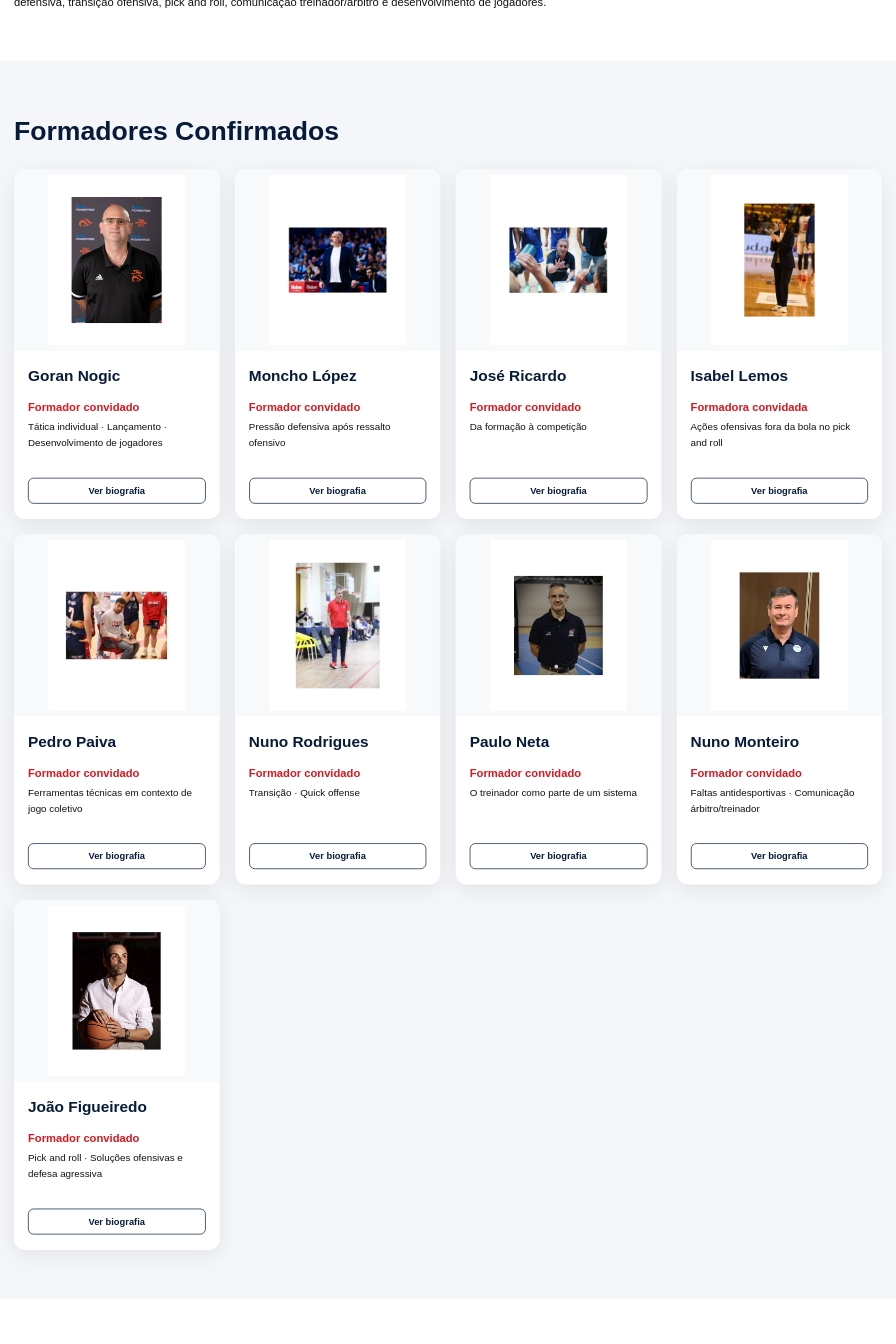
Repository: Vasco18Ferreira/clinic-internacional-maia
Page: index.html
These files come from the project's save history. The page is drawn as it stood at one moment and after the next save; the edit follows.
The browser window is 1280 px wide. The pictures show the part of the page from y = 1181 to 3101 px (the page is 6448 px tall before and 8404 px after), at 70% of full size.

Above is the page before, as saved 2026-07-20 23:55:40.

### index.html
<!DOCTYPE html>
<html lang="pt">
<head>
  <meta charset="UTF-8" />
  <meta name="viewport" content="width=device-width, initial-scale=1.0" />
  <title>I Clinic Internacional Cidade da Maia</title>

<style>
  :root {
    --blue: #061b3a;
    --red: #d71920;
    --white: #ffffff;
    --light: #f4f6f9;
    --dark: #111111;
  }

  * {
    box-sizing: border-box;
    margin: 0;
    padding: 0;
  }

  body {
    font-family: Arial, sans-serif;
    color: var(--dark);
    background: var(--light);
    line-height: 1.6;
  }

header {
  min-height: 90vh;
  background:
    linear-gradient(rgba(6,27,58,.45), rgba(6,27,58,.72)),
    url("clinic-bg.jpg");

  background-size: cover;
  background-position: center center;
  background-repeat: no-repeat;

  color: var(--white);
  display: flex;
  align-items: center;
  padding: 40px 20px;
}

  .hero {
    max-width: 780px;
  }

  .tag {
    display: inline-block;
    background: var(--red);
    padding: 8px 14px;
    border-radius: 999px;
    font-size: 14px;
    font-weight: bold;
    margin-bottom: 20px;
  }

  h1 {
    font-size: clamp(42px, 8vw, 86px);
    line-height: 0.95;
    margin-bottom: 20px;
    text-transform: uppercase;
  }

  .subtitle {
    font-size: 22px;
    margin-bottom: 25px;
    max-width: 650px;
  }

  .info {
    display: grid;
    grid-template-columns: repeat(auto-fit, minmax(180px, 1fr));
    gap: 12px;
    margin: 30px 0;
  }

  .info div {
    background: rgba(255,255,255,0.12);
    padding: 14px;
    border-radius: 12px;
    backdrop-filter: blur(4px);
  }

  .btn {
    display: inline-block;
    background: var(--red);
    color: var(--white);
    padding: 15px 26px;
    text-decoration: none;
    font-weight: bold;
    border-radius: 8px;
    margin-top: 10px;
  }

  section {
    padding: 70px 20px;
  }

  section.white {
    background: var(--white);
  }

  h2 {
    font-size: 38px;
    color: var(--blue);
    margin-bottom: 25px;
  }

  .grid {
    display: grid;
    grid-template-columns: repeat(auto-fit, minmax(260px, 1fr));
    gap: 22px;
  }

  .card {
    background: var(--white);
    padding: 26px;
    border-radius: 16px;
    box-shadow: 0 8px 30px rgba(0,0,0,0.08);
  }

  .white .card {
    background: var(--light);
  }

  .card h3 {
    color: var(--blue);
    margin-bottom: 10px;
  }

  .price {
    font-size: 30px;
    color: var(--red);
    font-weight: bold;
    margin-top: 10px;
  }

  .programa {
    border-left: 5px solid var(--red);
    padding-left: 20px;
    margin-bottom: 24px;
  }

  .programa p {
    margin: 8px 0;
  }

  .mapa {
    background: var(--blue);
    color: var(--white);
    border-radius: 18px;
    padding: 30px;
  }

  .mapa h3 {
    color: var(--white);
    margin-bottom: 15px;
  }
/* ORGANIZAÇÃO E PARCEIROS */

.partners{
  background:#ffffff;
  padding:90px 20px;
  text-align:center;
}

.partners h2{
  color:var(--blue);
  margin-bottom:18px;
}

.partner-title{
  text-transform:uppercase;
  font-size:14px;
  letter-spacing:3px;
  color:#777;
  margin-bottom:25px;
}

.organizer-logo{
  margin-bottom:55px;
}

.organizer-logo img{
  max-width:190px;
  width:100%;
  height:auto;
}

.partner-divider{
  width:140px;
  height:2px;
  background:var(--red);
  margin:0 auto 45px;
}

.partners-grid{
  display:flex;
  justify-content:center;
  align-items:center;
  gap:45px;
  flex-wrap:wrap;
}

.partner-logo{
  width:170px;
  height:90px;
  display:flex;
  align-items:center;
  justify-content:center;
}

.partner-logo img{
  max-width:180px;
  max-height:90px;
  object-fit:contain;
  transition:.25s;
}

.partner-logo img:hover{
  transform:scale(1.06);
}
  footer {
    background: var(--blue);
    color: var(--white);
    text-align: center;
    padding: 35px 20px;
  }

  .small {
    font-size: 14px;
    opacity: 0.85;
  }
  .countdown-premium {
  margin: 28px 0 22px;
  padding: 18px;
  border-radius: 18px;
  background: rgba(255,255,255,0.10);
  border: 1px solid rgba(255,255,255,0.18);
  backdrop-filter: blur(6px);
}

.countdown-premium p {
  text-transform: uppercase;
  letter-spacing: 3px;
  font-size: 13px;
  font-weight: bold;
  margin-bottom: 12px;
  opacity: 0.85;
}

.countdown-boxes {
  display: grid;
  grid-template-columns: repeat(4, 1fr);
  gap: 10px;
}

.countdown-boxes div {
  background: rgba(255,255,255,0.12);
  border-radius: 14px;
  padding: 12px 8px;
  text-align: center;
}

.countdown-boxes strong {
  display: block;
  font-size: 32px;
  line-height: 1;
  color: var(--white);
}

.countdown-boxes span {
  font-size: 12px;
  opacity: 0.85;
}

@media (max-width: 600px) {
  .countdown-boxes {
    grid-template-columns: repeat(2, 1fr);
  }
}

  /* FORMADORES - MOSAICO */
.speaker-card {
  padding: 0;
  overflow: hidden;
  display: flex;
  flex-direction: column;
  height: 100%;
  min-height: 500px;
}

.speaker-card img {
  width: 100%;
  height: 260px;
  object-fit: contain;
  object-position: center;
  display: block;
  background: #f8f9fb;
  padding: 8px;
}

.speaker-card h3 {
  padding: 18px 20px 0;
  font-size: 22px;
}

.speaker-card p {
  padding: 4px 20px;
  font-weight: bold;
  color: var(--red);
}

.speaker-card span {
  display: block;
  padding: 0 20px 22px;
  font-size: 14px;
  flex-grow: 1;
}

.bio-button {
  margin: 0 20px 22px;
  padding: 10px 14px;
  border: 1px solid var(--blue);
  border-radius: 8px;
  background: transparent;
  color: var(--blue);
  font-weight: bold;
  cursor: pointer;
  transition: 0.2s;
}

.bio-button:hover {
  background: var(--blue);
  color: var(--white);
}

.speaker-bio {
  display: none;
  padding: 0 20px 22px;
  font-size: 14px;
  color: #444;
}

.speaker-bio.open {
  display: block;
}

@media (max-width: 900px) {
  .speakers {
    grid-template-columns: 1fr 1fr;
  }
}

@media (max-width: 600px) {
  .speakers {
    grid-template-columns: 1fr;
  }

  h1 {
    font-size: 46px;
  }

  .subtitle {
    font-size: 18px;
  }
}
</style>
</head>

<body>

<header>
  <div class="container hero">
    <span class="tag">Créditos IPDJ 3.0 · Valor máximo</span>

    <h1>I Clinic Internacional<br>Cidade da Maia</h1>

    <p class="subtitle">
      Dois dias de formação avançada para treinadores, com sessões práticas e teóricas orientadas por formadores nacionais e internacionais.
    </p>

    <div class="info">
      <div><strong>📅 29 e 30 Agosto</strong><br>2026</div>
      <div><strong>📍 Local</strong><br>Pavilhão Municipal da Nortecoop</div>
      <div><strong>⏱️ Carga Horária</strong><br>15 horas presenciais</div>
      <div><strong>🎓 Créditos</strong><br>IPDJ 3.0</div>
    </div>

    <div class="countdown-premium">
  <p>Faltam</p>

  <div class="countdown-boxes">
    <div>
      <strong id="days">00</strong>
      <span>Dias</span>
    </div>

    <div>
      <strong id="hours">00</strong>
      <span>Horas</span>
    </div>

    <div>
      <strong id="minutes">00</strong>
      <span>Min</span>
    </div>

    <div>
      <strong id="seconds">00</strong>
      <span>Seg</span>
    </div>
  </div>
</div>

    <a class="btn" href="https://forms.gle/Ad7RbMQL5vM1H9MT7" target="_blank">
      Inscreve-te aqui
    </a>
  </div>
</header>

<section class="white">
  <div class="container">
    <h2>Sobre o Clinic</h2>

    <p>
      O I Clinic Internacional Cidade da Maia é uma ação de formação certificada, organizada pelo Maia Basket Clube, dirigida a treinadores que procuram aprofundar conhecimento técnico, tático e metodológico.
    </p>

    <br>

    <p>
      Ao longo de dois dias, o Clinic contará com sessões práticas e teóricas, num total de 15 horas presenciais, abordando temas como lançamento, tática individual, pressão defensiva, transição ofensiva, pick and roll, comunicação treinador/árbitro e desenvolvimento de jogadores.
    </p>
  </div>
</section>

<section>
  <div class="container">
    <h2>Formadores Confirmados</h2>

    <div class="grid speakers">

      <div class="card speaker-card">
        <img src="assets/goran.jpg" alt="Goran Nogic">
        <h3>Goran Nogic</h3>
        <p>Formador convidado</p>
        <span>Tática individual · Lançamento · Desenvolvimento de jogadores</span>

        <button class="bio-button" type="button" onclick="toggleBio(this)">
          Ver biografia
        </button>

        <div class="speaker-bio">
          <p>
           Treinador sérvio com mais de três décadas de experiência no desenvolvimento
          de jogadores e equipas. Iniciou a carreira na Sérvia e conquistou o
          campeonato nacional de juniores ao serviço do Partizan, onde trabalhou com
          atletas que chegaram ao mais alto nível internacional.
         </p>

          <p>
           Em Portugal, passou por clubes como Estoril Praia, Imortal, Barreirense e
          SL Benfica, assumindo também funções de coordenação da formação. Especialista
          no aperfeiçoamento técnico individual, traz ao Clinic uma abordagem prática
          sobre lançamento, tomada de decisão e construção de jogadores.
        </p>
      </div>
    </div>

      <div class="card speaker-card">
        <img src="assets/moncho.jpg" alt="Moncho López">
        <h3>Moncho López</h3>
        <p>Formador convidado</p>
        <span>Pressão defensiva após ressalto ofensivo</span>

        <button class="bio-button" type="button" onclick="toggleBio(this)">
          Ver biografia
        </button>

        <div class="speaker-bio">
          <p>
            Treinador espanhol com experiência no basquetebol de alto
            rendimento, incluindo passagens por competições profissionais em
            Espanha e Portugal. Foi selecionador nacional sénior masculino de
            Portugal e conta com um vasto percurso na liderança de equipas.
          </p>
        </div>
      </div>

      <div class="card speaker-card">
        <img src="assets/jose-ricardo.jpg" alt="José Ricardo">
        <h3>José Ricardo</h3>
        <p>Formador convidado</p>
        <span>Da formação à competição</span>

        <button class="bio-button" type="button" onclick="toggleBio(this)">
          Ver biografia
        </button>

        <div class="speaker-bio">
          <p>
            Treinador de Grau III, com uma longa experiência no basquetebol
            português e participação regular em ações de formação para
            treinadores. O seu percurso combina competição, desenvolvimento
            de atletas e formação técnica.
          </p>
        </div>
      </div>

      <div class="card speaker-card">
        <img src="assets/isabel.jpg" alt="Isabel Lemos">
        <h3>Isabel Lemos</h3>
        <p>Formadora convidada</p>
        <span>Ações ofensivas fora da bola no pick and roll</span>

        <button class="bio-button" type="button" onclick="toggleBio(this)">
          Ver biografia
        </button>

        <div class="speaker-bio">
          <p>
            Treinadora com um percurso marcante no desenvolvimento de jovens
            atletas. Foi coordenadora da formação do FC Porto e integrou
            equipas técnicas lideradas por Moncho López, acumulando experiência
            na formação e no basquetebol de rendimento.
          </p>
        </div>
      </div>

      <div class="card speaker-card">
        <img src="assets/pedro.jpg" alt="Pedro Paiva">
        <h3>Pedro Paiva</h3>
        <p>Formador convidado</p>
        <span>Ferramentas técnicas em contexto de jogo coletivo</span>

        <button class="bio-button" type="button" onclick="toggleBio(this)">
          Ver biografia
        </button>

        <div class="speaker-bio">
          <p>
            Treinador do Maia Basket Clube, com experiência no acompanhamento
            e desenvolvimento de equipas e atletas dos escalões de formação.
            O seu trabalho está ligado à evolução técnica e coletiva dos
            jovens jogadores.
          </p>
        </div>
      </div>

      <div class="card speaker-card">
        <img src="assets/nuno-rodrigues.jpg" alt="Nuno Rodrigues">
        <h3>Nuno Rodrigues</h3>
        <p>Formador convidado</p>
        <span>Transição · Quick offense</span>

        <button class="bio-button" type="button" onclick="toggleBio(this)">
          Ver biografia
        </button>

        <div class="speaker-bio">
          <p>
            Treinador com experiência no basquetebol sénior e de formação,
            atualmente ligado ao Maia Basket Clube. O seu trabalho destaca-se
            pela organização coletiva, desenvolvimento dos jogadores e
            preparação competitiva das equipas.
          </p>
        </div>
      </div>

      <div class="card speaker-card">
        <img src="assets/paulo-neta.jpg" alt="Paulo Neta">
        <h3>Paulo Neta</h3>
        <p>Formador convidado</p>
        <span>O treinador como parte de um sistema</span>

        <button class="bio-button" type="button" onclick="toggleBio(this)">
          Ver biografia
        </button>

        <div class="speaker-bio">
          <p>
            Diretor Técnico Nacional da Federação Portuguesa de Basquetebol,
            com experiência anterior como Diretor Técnico Regional da
            Associação de Basquetebol do Porto. Desenvolve também atividade
            na área do ensino e da formação de treinadores.
          </p>
        </div>
      </div>

      <div class="card speaker-card">
        <img src="assets/nuno-monteiro.jpg" alt="Nuno Monteiro">
        <h3>Nuno Monteiro</h3>
        <p>Formador convidado</p>
        <span>Faltas antidesportivas · Comunicação árbitro/treinador</span>

        <button class="bio-button" type="button" onclick="toggleBio(this)">
          Ver biografia
        </button>

        <div class="speaker-bio">
          <p>
            Árbitro, comissário e observador ligado à Associação de
            Basquetebol do Porto, com experiência na arbitragem e no
            acompanhamento técnico de juízes. Desenvolve também trabalho
            na formação e valorização da arbitragem.
          </p>
        </div>
      </div>

      <div class="card speaker-card">
        <img src="assets/joao-figueiredo.jpg" alt="João Figueiredo">
        <h3>João Figueiredo</h3>
        <p>Formador convidado</p>
        <span>Pick and roll · Soluções ofensivas e defesa agressiva</span>

        <button class="bio-button" type="button" onclick="toggleBio(this)">
          Ver biografia
        </button>

        <div class="speaker-bio">
          <p>
            Treinador do SC Braga, depois de uma passagem pela UD Oliveirense.
            Possui experiência no basquetebol sénior de alto nível e no
            desenvolvimento de equipas em contexto competitivo.
          </p>
        </div>
      </div>

    </div>
  </div>
</section>

<section class="white">
  <div class="container">
    <h2>Programa</h2>

    <div class="grid">
      <div class="card">
        <h3>Sábado, 29 Agosto</h3>
        <div class="programa">
          <p><strong>09h00 - 12h45</strong> — Sessões da manhã</p>
          <p><strong>12h45 - 14h45</strong> — Pausa para almoço</p>
          <p><strong>14h45 - 18h30</strong> — Sessões da tarde</p>
        </div>
      </div>

      <div class="card">
        <h3>Domingo, 30 Agosto</h3>
        <div class="programa">
          <p><strong>09h00 - 12h45</strong> — Sessões da manhã</p>
          <p><strong>12h45 - 14h45</strong> — Pausa para almoço</p>
          <p><strong>14h45 - 18h30</strong> — Sessões da tarde</p>
        </div>
      </div>
    </div>

    <p class="small">Programa detalhado sujeito a confirmação final.</p>
  </div>
</section>

<section>
  <div class="container">
    <h2>Inscrição</h2>

    <div class="grid">
      <div class="card">
        <h3>Inscrição Geral</h3>
        <p>Acesso aos dois dias do Clinic.</p>
        <div class="price">40€</div>
      </div>

      <div class="card">
        <h3>Certificação</h3>
        <p>Ação creditada com 3.0 créditos IPDJ.</p>
        <div class="price">3.0</div>
      </div>

      <div class="card">
        <h3>Vagas Previstas</h3>
        <p>Número estimado de candidatos.</p>
        <div class="price">200</div>
      </div>
    </div>

    <br>

    <a class="btn" href="https://forms.gle/EXb84ibEogxBvDj16" target="_blank">
      Inscreve-te aqui
    </a>
  </div>
</section>

<section class="white">
  <div class="container">
    <h2>Onde almoçar</h2>
    <p>
      Para apoiar os nossos parceiros locais e facilitar a logística dos participantes, teremos menus especiais em restaurantes próximos do pavilhão.
      A escolha do restaurante será feita no formulário de inscrição.
    </p>

    <br>

    <div class="grid">
      <div class="card">
        <h3>Restaurante 1</h3>
        <p><strong>Menu:</strong> a confirmar</p>
        <p><strong>Valor:</strong> a confirmar</p>
        <p><strong>Distância:</strong> perto do pavilhão</p>
        <p><strong>Lugares:</strong> limitados</p>
      </div>

      <div class="card">
        <h3>Restaurante 2</h3>
        <p><strong>Menu:</strong> a confirmar</p>
        <p><strong>Valor:</strong> a confirmar</p>
        <p><strong>Distância:</strong> perto do pavilhão</p>
        <p><strong>Lugares:</strong> limitados</p>
      </div>

      <div class="card">
        <h3>Restaurante 3</h3>
        <p><strong>Menu:</strong> a confirmar</p>
        <p><strong>Valor:</strong> a confirmar</p>
        <p><strong>Distância:</strong> perto do pavilhão</p>
        <p><strong>Lugares:</strong> limitados</p>
      </div>
    </div>
  </div>
</section>

<section>
  <div class="container">
    <h2>Localização</h2>

    <div class="mapa">
      <h3>📍 Pavilhão Municipal da Nortecoop</h3>
      <p>
        O evento decorrerá no Pavilhão Municipal da Nortecoop, com restaurantes parceiros localizados a curta distância a pé.
      </p>
      <br>
      <p>🅿️ Estacionamento nas proximidades</p>
      <p>🍽️ Restaurantes parceiros próximos</p>
      <p>🚶 Deslocações possíveis a pé</p>
    </div>
  </div>
</section>

<section class="white">
  <div class="container">
    <h2>Perguntas frequentes</h2>

    <div class="grid">
      <div class="card">
        <h3>O Clinic dá créditos IPDJ?</h3>
        <p>Sim. O Clinic tem aprovação para créditos IPDJ 3.0.</p>
      </div>

      <div class="card">
        <h3>O almoço está incluído?</h3>
        <p>Não. Os participantes poderão reservar menu nos restaurantes parceiros através do formulário.</p>
      </div>

      <div class="card">
        <h3>Como faço o pagamento?</h3>
        <p>As informações de pagamento serão enviadas após o preenchimento do formulário.</p>
      </div>
    </div>
  </div>
</section>

<section class="white">
  <div class="container">

    <div class="technical-coordination">
      <p class="coordination-label">Coordenação Técnica</p>
      <h3>Daniela Gomes</h3>
      <p>Coordenadora Técnica do Clinic</p>
    </div>

  </div>
</section>

<section class="partners">

    <div class="container">

        <h2>Organização e Parceiros Institucionais</h2>

        <p class="partner-title">
            Organização
        </p>

        <div class="organizer-logo">
            <img src="assets/maia-basket.png" alt="Maia Basket Clube">
        </div>

        <div class="partner-divider"></div>

        <p class="partner-title">
            Com o apoio de
        </p>

        <div class="partners-grid">

            <div class="partner-logo">
                <img src="assets/antb.png" alt="ANTB">
            </div>

            <div class="partner-logo">
                <img src="assets/ipdj.png" alt="IPDJ">
            </div>

            <div class="partner-logo">
                <img src="assets/cmm.png" alt="Câmara Municipal da Maia">
            </div>

        </div>

    </div>

</section>

<footer>
  <h3>Maia Basket Clube</h3>
  <p>I Clinic Internacional Cidade da Maia — 29 e 30 de Agosto de 2026</p>
  <p class="small">Contactos: geral@maiabasketclube.pt | 913 926 046</p>
</footer>

<script>
  const eventDate = new Date("2026-08-29T09:00:00").getTime();

  function updateCountdown() {
    const now = new Date().getTime();
    const distance = eventDate - now;

    if (distance <= 0) return;

    document.getElementById("days").innerText =
      Math.floor(distance / (1000 * 60 * 60 * 24));

    document.getElementById("hours").innerText =
      Math.floor((distance / (1000 * 60 * 60)) % 24);

    document.getElementById("minutes").innerText =
      Math.floor((distance / (1000 * 60)) % 60);

    document.getElementById("seconds").innerText =
      Math.floor((distance / 1000) % 60);
  }

  updateCountdown();
  setInterval(updateCountdown, 1000);

  function toggleBio(button) {
    const bio = button.nextElementSibling;
    const estaAberta = bio.classList.toggle("open");

    button.textContent = estaAberta
      ? "Ocultar biografia"
      : "Ver biografia";
  }
</script>
</body>
</html>

After the next save:
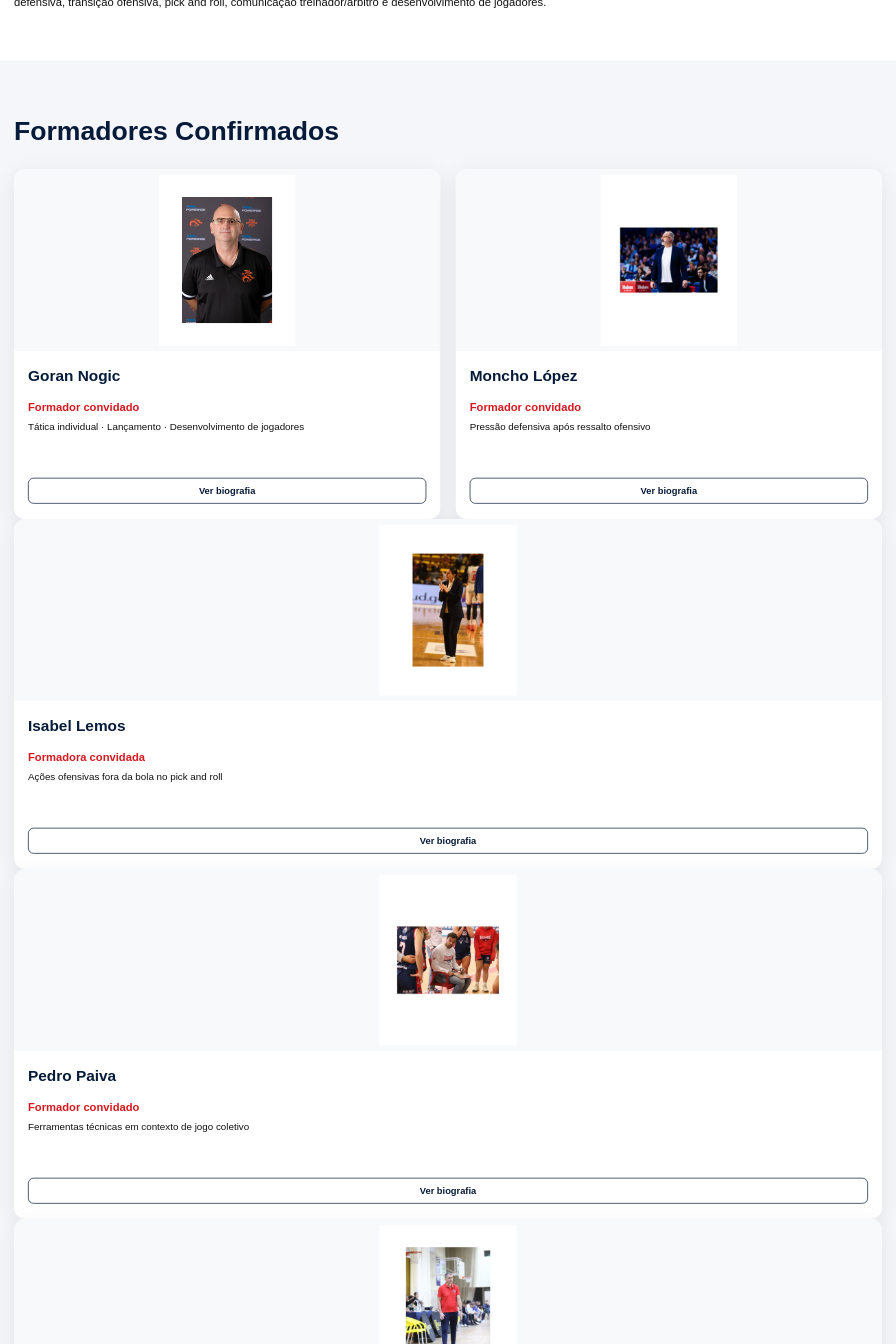
Saved 2 min 41 s later.
--- a/index.html
+++ b/index.html
@@ -482,33 +482,39 @@
         </button>
 
         <div class="speaker-bio">
-          <p>
-            Treinador espanhol com experiência no basquetebol de alto
-            rendimento, incluindo passagens por competições profissionais em
-            Espanha e Portugal. Foi selecionador nacional sénior masculino de
-            Portugal e conta com um vasto percurso na liderança de equipas.
-          </p>
-        </div>
-      </div>
-
-      <div class="card speaker-card">
-        <img src="assets/jose-ricardo.jpg" alt="José Ricardo">
-        <h3>José Ricardo</h3>
-        <p>Formador convidado</p>
-        <span>Da formação à competição</span>
-
-        <button class="bio-button" type="button" onclick="toggleBio(this)">
-          Ver biografia
-        </button>
-
-        <div class="speaker-bio">
-          <p>
-            Treinador de Grau III, com uma longa experiência no basquetebol
-            português e participação regular em ações de formação para
-            treinadores. O seu percurso combina competição, desenvolvimento
-            de atletas e formação técnica.
-          </p>
-        </div>
+         <p>
+          Treinador espanhol com um percurso de referência no basquetebol europeu.
+          Foi selecionador nacional de Espanha, conduzindo a seleção à medalha de
+          prata no Campeonato da Europa de 2003, e posteriormente selecionador
+          nacional sénior masculino de Portugal.
+        </p>
+
+        <p>
+         Em Portugal, orientou o FC Porto, conquistando a Liga Portuguesa, Taças de
+         Portugal, Taças Hugo dos Santos e a Supertaça. Com experiência na ACB,
+         em seleções nacionais e no desenvolvimento de jovens jogadores, apresenta
+         uma visão de alto rendimento sobre intensidade, reação e organização
+         defensiva.
+        </p>
+       </div>
+      </div>
+
+      <div class="speaker-bio">
+       <p>
+         Um dos treinadores mais experientes do basquetebol português, com um
+          percurso que atravessa a formação, a Liga principal, a Proliga e as
+          Seleções Nacionais. Orientou clubes como BC Barcelos e SL Benfica e foi
+          selecionador nacional masculino de Sub-20.
+        </p>
+
+        <p>
+          Reconhecido pela clareza dos seus princípios de jogo, pela preparação
+          defensiva e pela capacidade de transformar conceitos de formação em
+          rendimento competitivo. Atualmente treinador principal do CD Póvoa,
+          abordará no Clinic a passagem decisiva entre formar um jogador e prepará-lo
+          para competir.
+        </p>
+       </div>
       </div>
 
       <div class="card speaker-card">
